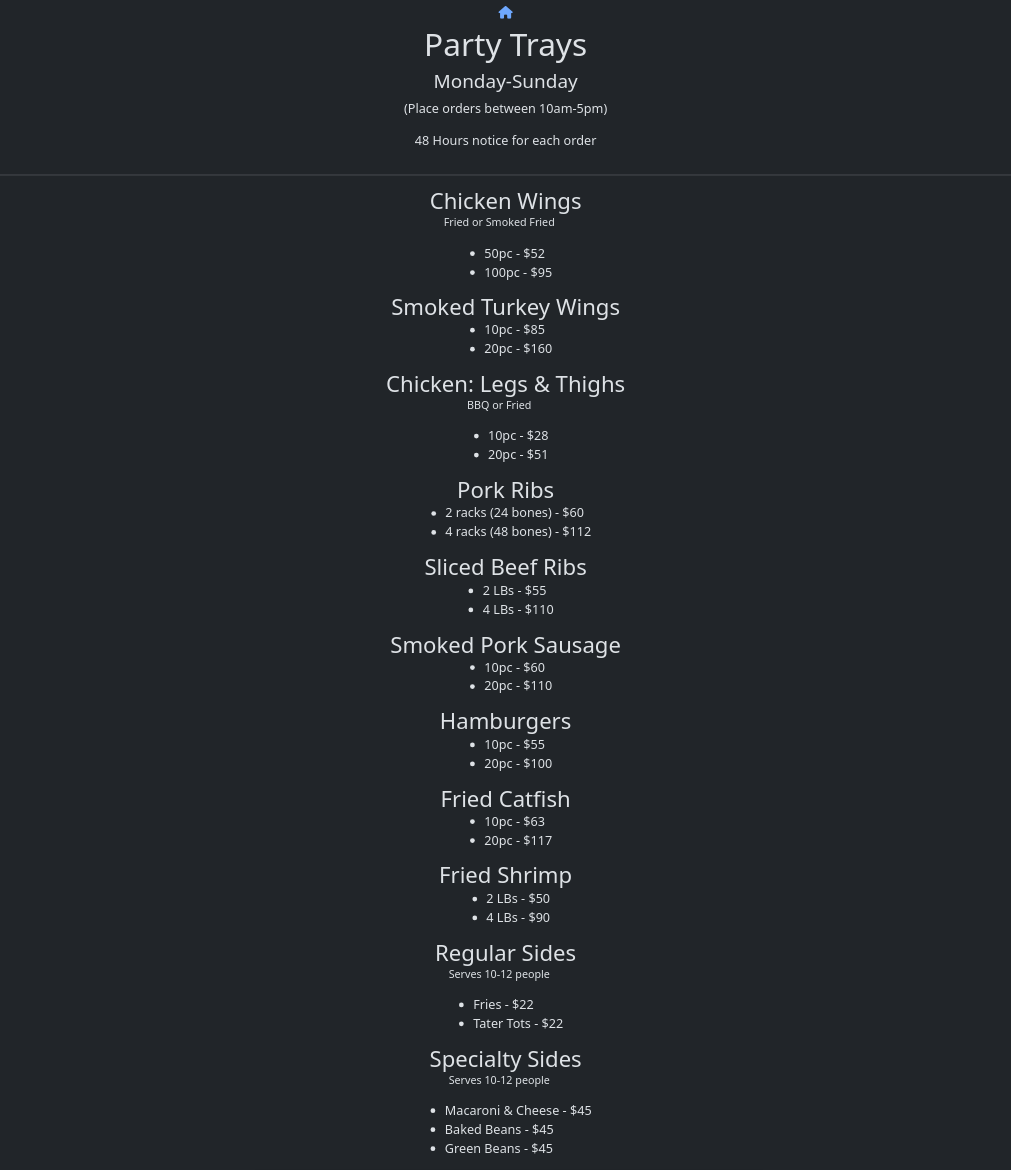
Repository: dukedward/smokehousemenu
Page: trays/index.html
The author's editor kept a copy of each file at every save. The page is drawn from the files as they stood at one save, then again after the next save.
The browser window is 1280 px wide. The pictures show the whole page, at 79% of full size.
Some web libraries are served in a nearby version.

Above is the page before, as saved 2023-03-01 13:39:18.

After the next save:
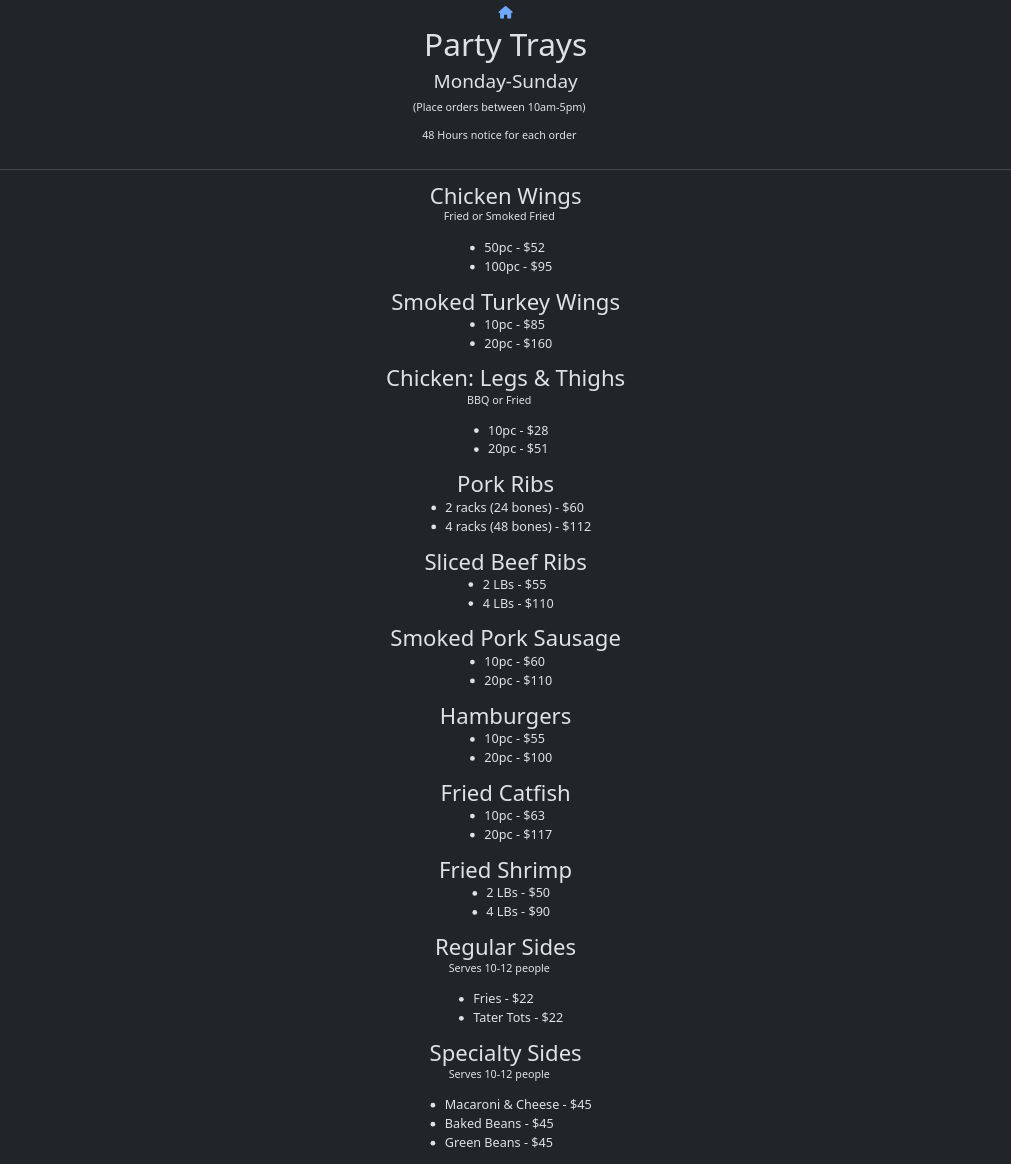
Saved 32 s later.
--- a/style.css
+++ b/style.css
@@ -30,7 +30,7 @@
     justify-content: space-between;
 }
 
-.desc p {
+.desc,.title p {
     padding-right: 1rem;
     font-size: .85rem;
 }
